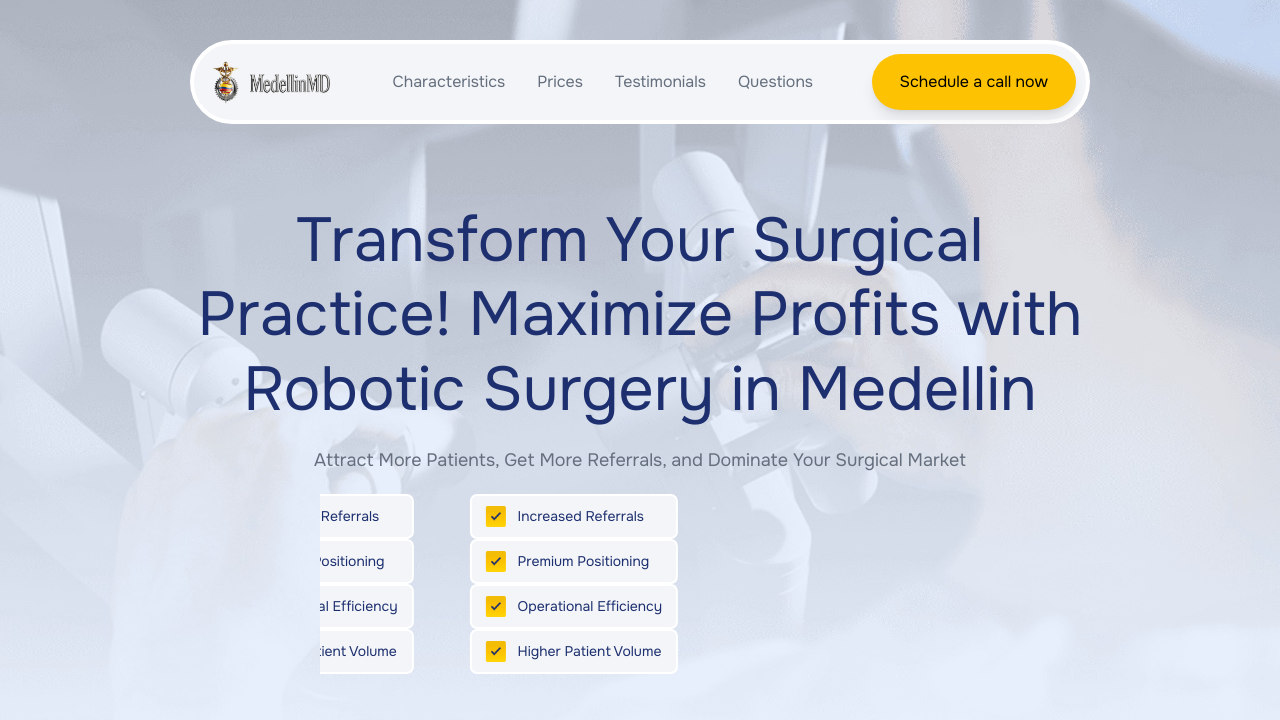
Repository: emmanueltech2019/cmd
Page: /home
The author's editor kept a copy of each file at every save. The page is drawn from the files as they stood at one save, then again after the next save.
The browser window is 1280 px wide. The pictures show the whole page.
The project was rebuilt for these pictures with package versions that can differ from the ones it lists, and the page was loaded fresh each time. The framework's server and built-in components were replaced by stand-ins that run in the browser. Also part of the build but not shown: next.config.mjs.

Above is the page before, as saved 2025-05-15 16:43:39.

### src/app/home/page.jsx
import React from 'react'
import Image from 'next/image'
import medellinHero from '@/images/jpg/medellinHero.jpg'
import medellinLogo from '@/images/png/medellinLogo.png'
import medellinCheck from '@/images/png/medellinCheck.png'
import SlideView from '../components/SlideView'
import Button from '../components/Button'

const page = () => {
    const slideViewData = [
        { id: 1, text: 'Increased Referrals', image: medellinCheck },
        { id: 2, text: 'Premium Positioning', image: medellinCheck },
        { id: 3, text: 'Operational Efficiency', image: medellinCheck },
        { id: 4, text: 'Higher Patient Volume', image: medellinCheck },
    ];
  return (
    <>
        <div className={`h-screen w-full`}
            style={{
                backgroundImage: `url(${medellinHero.src})`,
                backgroundSize: 'cover',
                backgroundPosition: 'center',
                backgroundRepeat: 'no-repeat',
            }}
        >
            <nav className='py-5'>
                <div className="w-web-navwidth mx-auto bg-web-navwhite backdrop-blur-md p-web-nav-padding flex justify-between items-center rounded-web-radius border-white border-4 my-5">
                    <div className="w-web-logowidth h-web-logoheight flex justify-center items-center">
                        <Image src={medellinLogo} width={100} height={100} alt='medellin logo' className='w-full' />
                    </div>
                    <ul className="flex gap-web-navgap items-center text-navfontsize">
                        <li>
                            <button className='p-web-nav-padding bg-transparent hover:bg-web-blue text-web-navgray hover:text-white transition-all duration-500 rounded-web-navbtnradius'>Characteristics</button>
                        </li>
                        <li>
                            <button className='p-web-nav-padding bg-transparent hover:bg-web-blue text-web-navgray hover:text-white transition-all duration-500 rounded-web-navbtnradius'>Prices</button>
                        </li>
                        <li>
                            <button className='p-web-nav-padding bg-transparent hover:bg-web-blue text-web-navgray hover:text-white transition-all duration-500 rounded-web-navbtnradius'>Testimonials</button>
                        </li>
                        <li>
                            <button className='p-web-nav-padding bg-transparent hover:bg-web-blue text-web-navgray hover:text-white transition-all duration-500 rounded-web-navbtnradius'>Questions</button>
                        </li>
                    </ul>
                    <Button className='bg-web-yellow hover:bg-web-blue py-4 px-7 transition-all duration-500 hover:text-white shadow-lg rounded-web-radius'>Schedule a call now</Button>
                </div>
            </nav>
            <div className="mt-10 w-[100%] md:w-[70%] mx-auto">
                <h1 className="text-center text-web-blue text-webhero-font leading-webhero-lineheight">Transform Your Surgical Practice! Maximize Profits with Robotic Surgery in Medellin</h1>
                <p className='text-websubhero-font text-web-navgray text-center py-5'>Attract More Patients, Get More Referrals, and Dominate Your Surgical Market</p>
            </div>
            <div className="w-[50%] overflow-hidden flex whitespace-nowrap mx-auto gap-10">
                <div className="animate-slide">
                    {slideViewData.map((item) => (
                        <SlideView key={`a-${item.id}`}>
                            <div className="flex gap-3">
                                <Image src={item.image} alt='medellin check' width={100} height={100} className='w-5' />
                                {item.text}
                            </div>
                        </SlideView>
                    ))}
                </div>
                <div className="animate-slide">
                    {slideViewData.map((item) => (
                        <SlideView key={`b-${item.id}`}>
                            <div className="flex gap-3">
                                <Image src={item.image} alt='medellin check' width={100} height={100} className='w-5' />
                                {item.text}
                            </div>
                        </SlideView>
                    ))}
                </div>
            </div>
        </div>
    </>
  )
}

export default page

### src/app/globals.css
@import url('https://fonts.googleapis.com/css2?family=Onest:wght@100..900&family=Poppins:ital,wght@0,100;0,200;0,300;0,400;0,500;0,600;0,700;0,800;0,900;1,100;1,200;1,300;1,400;1,500;1,600;1,700;1,800;1,900&display=swap');

*{
  font-family: "Onest", sans-serif;
}

@tailwind base;
@tailwind components;
@tailwind utilities;

@font-face {
  font-family: 'Onset';
  src: url('/src/fonts/Onest-VariableFont_wght.ttf') format('truetype');
  font-weight: 400;
  font-style: normal;
  font-display: swap; /* recommended for better performance */
}

### src/app/components/SlideView.jsx
import React from 'react'

const slideview = ({ children }) => {
  return (
    <div className='p-web-heroslideview bg-web-navwhite border-white border-2 rounded-web-heroslideradius text-web-navfontsize text-web-blue mx-2 flex-shrink-0'>{children}</div>
  )
}

export default slideview

### src/app/components/button.jsx
import React from 'react'

const button = ({children}) => {
  return (
    <button className='bg-web-yellow hover:bg-web-blue py-4 px-7 transition-all duration-500 hover:text-white shadow-lg rounded-web-radius'>{children}</button>
  )
}

export default button

### tailwind.config.js
/** @type {import('tailwindcss').Config} */
export default {
  content: [
    "./index.html",
    "./src/**/*.{js,ts,jsx,tsx}",
  ],
  theme: {
    extend: {
      colors: {
        'web-blue': '#1d2f6f',
        'web-yellow': '#fdc201',
        'web-navwhite': '#f3f5f8',
        'web-navgray': '#646e7d',
      },
      boxShadow: {
        'web-shadow': '#abcbff08 0px 0.602187px 2.28831px 0px,'
      },
      padding: {
        'web-btn-padding': '16px 28px',
        'web-nav-padding': '10px',
        'web-heroslideview': '10px 14px'
      },
      lineHeight: {
        'webhero-lineheight': '74.4px'
      },
      fontSize: {
        'webhero-font': '62px',
        'websubhero-font': '18px',
        'web-navfontsize': '14px'
      },
      width: {
        'web-navwidth': '900px',
        'web-logowidth': '130px',
      },
      height: {
        'web-navheight': '76px',
        'web-logoheight': '56px'
      },
      borderRadius: {
        'web-radius': '99px',
        'web-navbtnradius': '8px',
        'web-heroslideradius': '7px'
      },
      gap: {
        'web-navgap': '12px'
      },
      fontFamily: {
        myFont: ['Onset']
      },
      keyframes: {
        'slide': {
          '0%': { transform: 'translateX(0)' },
          '100%': { transform: 'translateX(-100%)' },
        },
      },
      animation: {
        'slide': 'slide 10s linear infinite',
      },
    },
  },
  plugins: [],
}

Loaded but not shown: src/app/layout.jsx (common file)

After the next save:
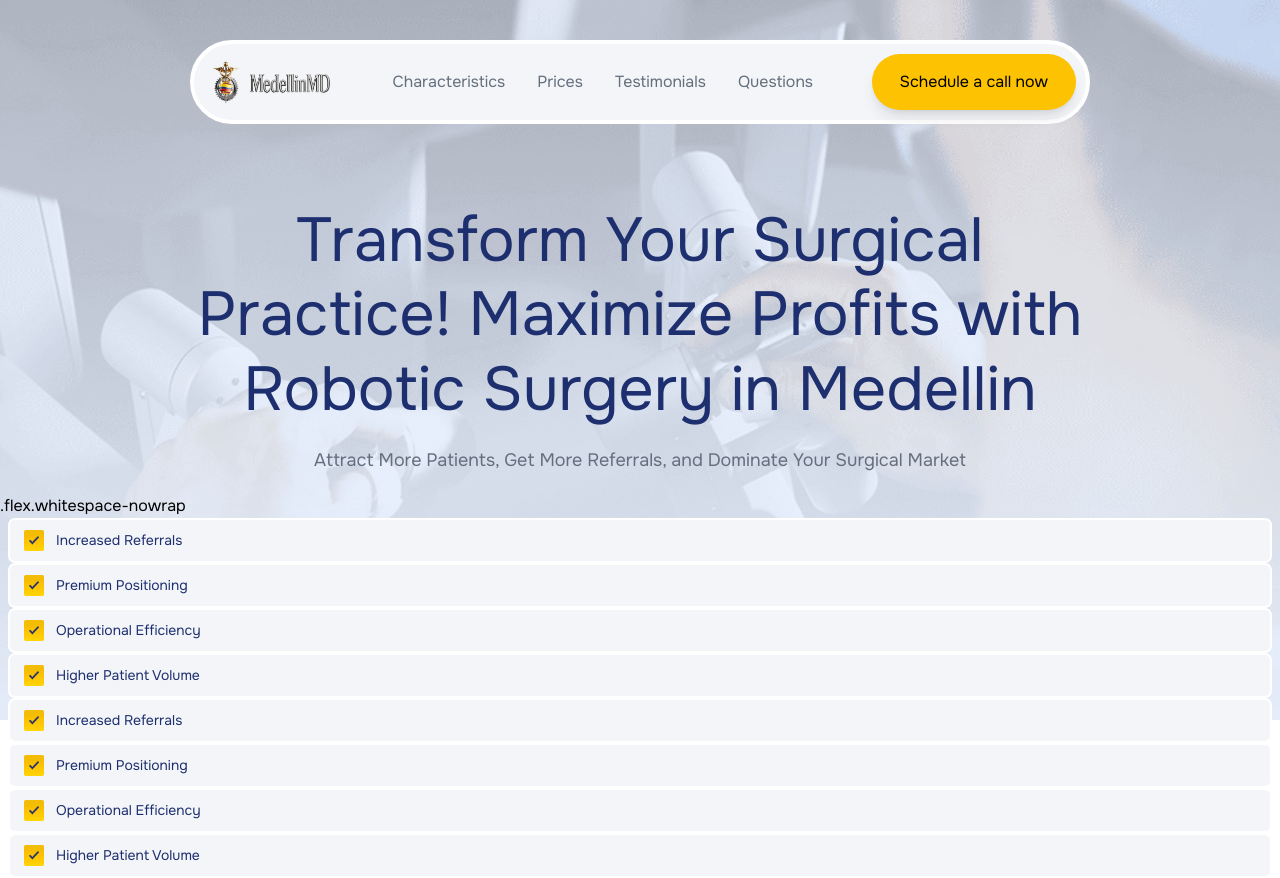
Saved 44 s later.
--- a/src/app/home/page.jsx
+++ b/src/app/home/page.jsx
@@ -49,27 +49,24 @@ const page = () => {
                 <h1 className="text-center text-web-blue text-webhero-font leading-webhero-lineheight">Transform Your Surgical Practice! Maximize Profits with Robotic Surgery in Medellin</h1>
                 <p className='text-websubhero-font text-web-navgray text-center py-5'>Attract More Patients, Get More Referrals, and Dominate Your Surgical Market</p>
             </div>
-            <div className="w-[50%] overflow-hidden flex whitespace-nowrap mx-auto gap-10">
-                <div className="animate-slide">
-                    {slideViewData.map((item) => (
-                        <SlideView key={`a-${item.id}`}>
-                            <div className="flex gap-3">
-                                <Image src={item.image} alt='medellin check' width={100} height={100} className='w-5' />
-                                {item.text}
-                            </div>
-                        </SlideView>
-                    ))}
-                </div>
-                <div className="animate-slide">
-                    {slideViewData.map((item) => (
-                        <SlideView key={`b-${item.id}`}>
-                            <div className="flex gap-3">
-                                <Image src={item.image} alt='medellin check' width={100} height={100} className='w-5' />
-                                {item.text}
-                            </div>
-                        </SlideView>
-                    ))}
-                </div>
+            <div className="whitespace-nowrap overflow-hidden">
+                .flex.whitespace-nowrap
+                {slideViewData.map((item) => (
+                    <SlideView key={`a-${item.id}`}>
+                        <div className="flex gap-3">
+                            <Image src={item.image} alt='medellin check' width={100} height={100} className='w-5' />
+                            {item.text}
+                        </div>
+                    </SlideView>
+                ))}
+                {slideViewData.map((item) => (
+                    <SlideView key={`b-${item.id}`}>
+                        <div className="flex gap-3">
+                            <Image src={item.image} alt='medellin check' width={100} height={100} className='w-5' />
+                            {item.text}
+                        </div>
+                    </SlideView>
+                ))}
             </div>
         </div>
     </>
